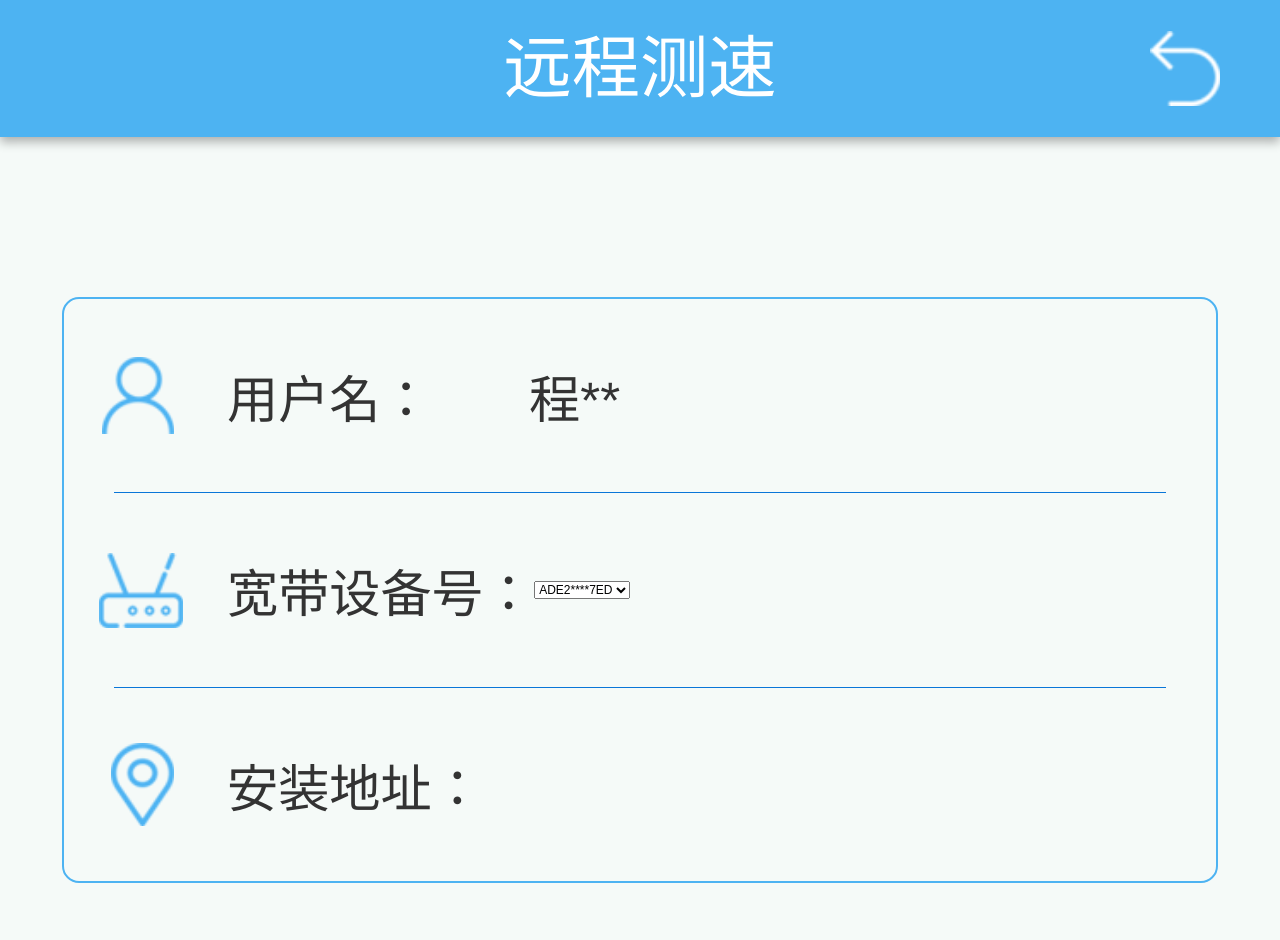
Repository: wangbiaozy/8.24
Page: index_test.html
These files come from the project's save history. The page is drawn as it stood at one moment and after the next save; the edit follows.
The browser window is 1280 px wide. The pictures show the whole page.

Above is the page before, as saved 2018-08-22 19:13:40.

### index_test.html
<!DOCTYPE html>
<html lang="en">
<head>
    <meta charset="UTF-8">
    <meta name="viewport"
          content="width=device-width, user-scalable=no, initial-scale=1.0, maximum-scale=1.0, minimum-scale=1.0">
    <title>Title</title>
    <link rel="stylesheet" href="css/reset.min.css">
    <link rel="stylesheet/less" href="css/styles_test.less">
    <script src="js/less-1.7.0.min.js"></script>
</head>
<body>
    <header>
        <p>远程测速</p>
        <a class="back" href="javascript:void(0)"></a>
    </header>
    <section class="main">
        <ul>
            <li>
                <i></i>
                <p>用户名：</p>
                <p>程**</p>
            </li>
            <li>
                <i></i>
                <p>宽带设备号：</p>
                <select name="" id="">
                    <option value="">ADE2****7ED</option>
                </select>
            </li>
            <li>
                <i></i>
                <p>安装地址：</p>
                <p></p>
            </li>
        </ul>
    </section>
</body>
</html>
<script src="js/jquery-1.10.1.min.js"></script>
<script src="js/index.js"></script>

### css/reset.min.css
@charset "utf-8";
/*默认样式清除和初始化*/
body,h1,h2,h3,h4,h5,h6,hr,p,blockquote,dl,dt,dd,ul,ol,li,button,input,textarea,th,td{margin:0;padding:0}body{font-size:12px;font-style:normal;font-family:"\5FAE\8F6F\96C5\9ED1",Helvetica,sans-serif}small{font-size:12px}h1{font-size:18px}h2{font-size:16px}h3{font-size:14px}h4,h5,h6{font-size:100%}ul,ol{list-style:none}a{text-decoration:none;background-color:transparent}a:hover,a:active{outline-width:0;text-decoration:none}table{border-collapse:collapse;border-spacing:0}hr{border:0;height:1px}img{border-style:none}img:not([src]){display:none}svg:not(:root){overflow:hidden}html{-webkit-touch-callout:none;-webkit-text-size-adjust:100%}input,textarea,button,a{-webkit-tap-highlight-color:rgba(0,0,0,0)}article,aside,details,figcaption,figure,footer,header,main,menu,nav,section,summary{display:block}audio,canvas,progress,video{display:inline-block}audio:not([controls]),video:not([controls]){display:none;height:0}progress{vertical-align:baseline}mark{background-color:#ff0;color:#000}sub,sup{position:relative;font-size:75%;line-height:0;vertical-align:baseline}sub{bottom:-0.25em}sup{top:-0.5em}button,input,select,textarea{font-size:100%;outline:0}button,input{overflow:visible}button,select{text-transform:none}textarea{overflow:auto}button,html [type="button"],[type="reset"],[type="submit"]{-webkit-appearance:button}button::-moz-focus-inner,[type="button"]::-moz-focus-inner,[type="reset"]::-moz-focus-inner,[type="submit"]::-moz-focus-inner{border-style:none;padding:0}button:-moz-focusring,[type="button"]:-moz-focusring,[type="reset"]:-moz-focusring,[type="submit"]:-moz-focusring{outline:1px dotted ButtonText}[type="checkbox"],[type="radio"]{box-sizing:border-box;padding:0}[type="number"]::-webkit-inner-spin-button,[type="number"]::-webkit-outer-spin-button{height:auto}[type="search"]{-webkit-appearance:textfield;outline-offset:-2px}[type="search"]::-webkit-search-cancel-button,[type="search"]::-webkit-search-decoration{-webkit-appearance:none}::-webkit-input-placeholder{color:inherit;opacity:.54}::-webkit-file-upload-button{-webkit-appearance:button;font:inherit}.clear:after{display:block;height:0;content:"";clear:both}
*{ -webkit-tap-highlight-color: rgba(0,0,0,0);-webkit-tap-highlight-color: transparent; /* For some Androids */ }

### js/index.js
(function (doc, win) {
    var docEl = doc.documentElement,
        resizeEvt = 'orientationchange' in window ? 'orientationchange' : 'resize',
        recalc = function () {
            var clientWidth = docEl.clientWidth;
            if (!clientWidth) return;
            docEl.style.fontSize = 100 * (clientWidth / 750) + 'px';
        };
    if (!doc.addEventListener) return;
    win.addEventListener(resizeEvt, recalc, false);
    doc.addEventListener('DOMContentLoaded', recalc, false);
})(document, window);
$(function () {

    //一键体检
    $('#beforeBtn').on('click',function(){
        $('.before').hide();
        $('.check').show();
        $('.progress').circleProgress({
            value: 1,
            size: 115,
            startAngle: Math.PI/2,
            thickness: 14,
            animation: {duration:12000},//进度条完成时间（ms）
            fill: {
                gradient: ["#32edfd"]
            },
            //circle-animation-start：	function(event)-event - jQ事件
            //circle-animation-progress：	function(event, animationProgress, stepValue)：-event - jQ事件 animationProgress - 从0.0到1.0stepValue - 当前的步长值，从0.0到value
            //circle-animation-end:	function(event)：-event - jQ事件
        }).on('circle-animation-progress', function (event, progress, stepValue) {
                $(this).find('span').html(parseInt(stepValue.toFixed(2) * 100));
        }).on('circle-animation-end',function(){
            $('.message').removeClass('move');
            stop();
            $('.check').hide();
            $('.result').show();
        });
        start();
        messageMove();
    });


    //检查项滚动
    var messageInnerText = '1111';
    function messageScroll(){
        $('.message').children('li:first-child').remove();
        $('.message').append('<li>'+messageInnerText+'</li>');
        if(!$('.message').hasClass('move')){
            window.clearInterval(timer);
        }
    }
    function messageMove(){
        timer = window.setInterval(messageScroll,500);
    }


    //检测时间
    var hour,minute,second;
    hour=minute=second=0;
    var millisecond=0;
    var int;
    function start(){
        int=setInterval(times,50);
    }
    function times(){
        millisecond=millisecond+50;
        if(millisecond>=1000){
            millisecond=0;
            second=second+1;
        }
        if(second>=60){
            second=0;
            minute=minute+1;
        }

        if(minute>=60){
            minute=0;
            hour=hour+1;
        }
      $('#timeText').text((hour<10?"0"+hour:hour)+':'+(minute<10?"0"+minute:minute)+':'+(second<10?"0"+second:second));
    }
    function stop(){
        window.clearInterval(int);
    }


    //查看详细清单下拉
    $('.arrow').on('click',function(){
        var $this = $(this),
            $listBox = $(this).siblings('div');
        $listBox.slideToggle("normal",function(){
            if($listBox.css('display') === 'block'){
                $this.addClass('act');
                $this.siblings('p').css('opacity','0');
            }else{
                $this.removeClass('act');
                $this.siblings('p').css('opacity','1');
            }
        });
    });



    //网关重启 WIFI开关 LED指示灯开关 查看黑名单
    $('#controlBox').on('click','a',function(){
        var $this = $(this);
        if($this.hasClass('off')){
            $this.removeClass('off');
        }else{
            $this.addClass('off');
        }
    });

    $('#look_blacklist').on('click',function(){
        $('.blacklistModel').show();
    });

    //返回
    $('.back').on('click',function(){
        window.history.go(-1);
    });
    //关闭弹窗
    $('.close').on('click',function(){
        $(this).parent().hide();
        hideMask();
    });
    //显示遮罩层
    function showMask(){
        $("#mask").css("height",$(document).height());
        $("#mask").css("width",$(document).width());
        $("#mask").show();
        $('body').css('position','fixed');
    }
    //隐藏遮罩层
    function hideMask(){
        $("#mask").hide();
        $('body').css('position','unset');
    }
});

Loaded but not shown: js/less-1.7.0.min.js (library); js/jquery-1.10.1.min.js (library)

After the next save:
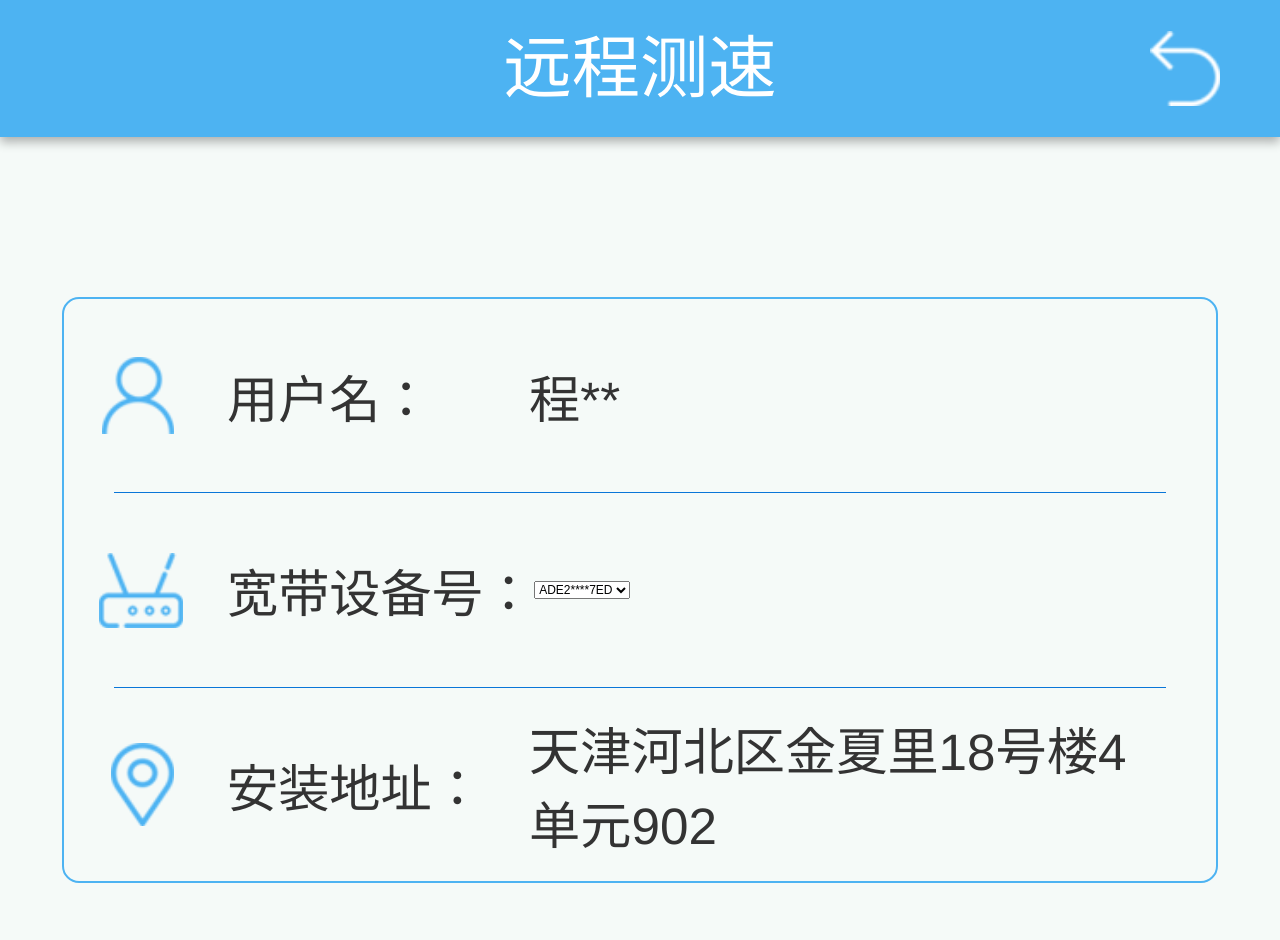
Saved 45 s later.
--- a/index_test.html
+++ b/index_test.html
@@ -31,7 +31,7 @@
             <li>
                 <i></i>
                 <p>安装地址：</p>
-                <p></p>
+                <p>天津河北区金夏里18号楼4单元902</p>
             </li>
         </ul>
     </section>
